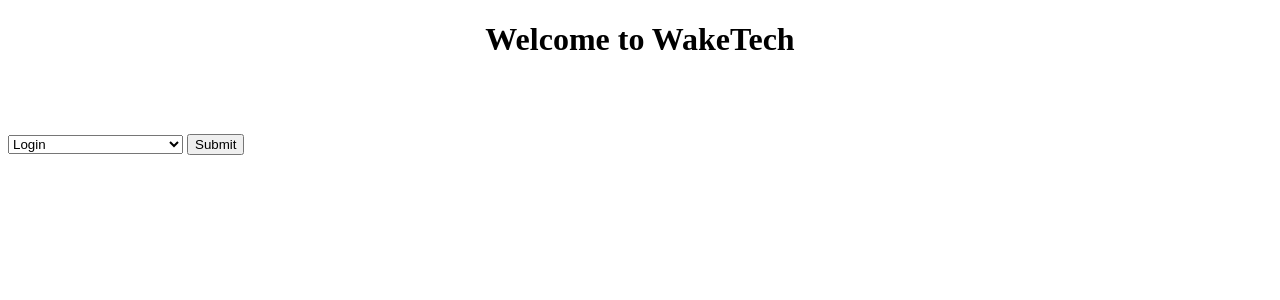
Repository: weshayutin/java258Online
Page: http://localhost/Week5Assignment2/menu.jsp
The author's editor kept a copy of each file at every save. The page is drawn from the files as they stood at one save, then again after a run of saves.
The browser window is 1280 px wide. The pictures show the whole page.
The page is served by Tomcat 9. Other server files are loaded and not shown.

Above is the page before, as saved 2011-02-16 02:42:27.

### workspace/Week5Assignment2/WebContent/menu.jsp
<%@ page language="java" contentType="text/html; charset=UTF-8"
    pageEncoding="UTF-8"%>
<!DOCTYPE html PUBLIC "-//W3C//DTD HTML 4.01 Transitional//EN" "http://www.w3.org/TR/html4/loose.dtd">
<html>
<head>
<meta http-equiv="Content-Type" content="text/html; charset=UTF-8">
<title> Welcome to WakeTech</title>
<h1 align="center"> Welcome to WakeTech</h1>
</head>
<body>
<%

    String URI = request.getRequestURI();
    String myRefferingPage = (String)session.getAttribute("page");
    if(myRefferingPage == null){
    }
    else{
    	out.println("<br><b> URI= "+URI+"</b><br>");
		out.println("<br><b> myRefferingPage= "+myRefferingPage+"</b><br>");
		response.addHeader("page",myRefferingPage);
    }


%>

<br><br><br>
<form method="GET" action="ValidateUser.do">
 <select name=mypage>
  <option value="login">Login</option>
  <option value="classcriteria">Search By Criteria</option>
  <option value="classdisplay">Search By Prefix</option>
  <option value="schedule">Display Student Schedule</option>
</select>

	 <input type="SUBMIT"/>



</form>


</body>
</html>

After the next 3 saves:
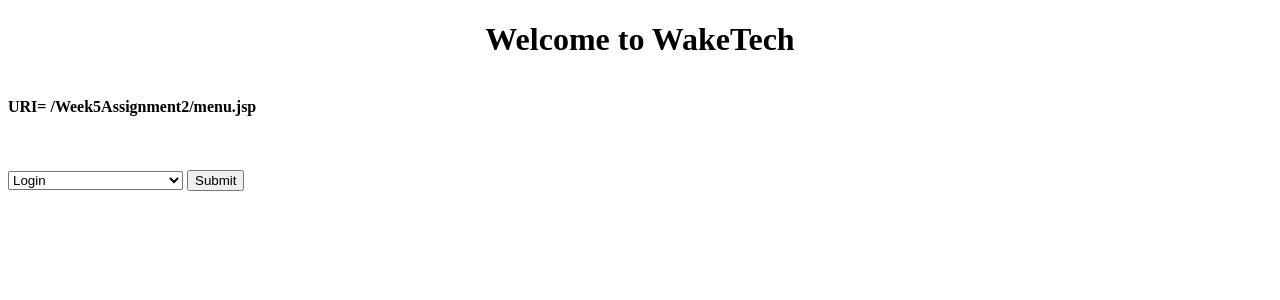
The 3 saves are shown as one change because 2 did not build or start.
The last was saved 2 min 21 s later.
--- a/workspace/Week5Assignment2/WebContent/menu.jsp
+++ b/workspace/Week5Assignment2/WebContent/menu.jsp
@@ -11,14 +11,10 @@
 <%
 
     String URI = request.getRequestURI();
-    String myRefferingPage = (String)session.getAttribute("page");
-    if(myRefferingPage == null){
-    }
-    else{
+
+    	session.setAttribute("page",URI);
     	out.println("<br><b> URI= "+URI+"</b><br>");
-		out.println("<br><b> myRefferingPage= "+myRefferingPage+"</b><br>");
-		response.addHeader("page",myRefferingPage);
-    }
+
 
 
 %>
